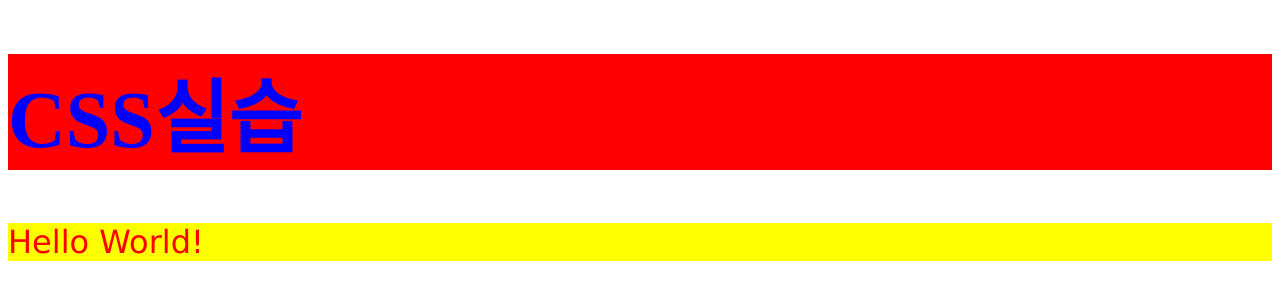
Repository: ashojm/WebWork
Page: Web/first.html
The author's editor kept a copy of each file at every save. The page is drawn from the files as they stood at one save, then again after the next save.
The browser window is 1280 px wide. The pictures show the whole page.

Above is the page before, as saved 2015-11-12 16:11:02.

After the next save:
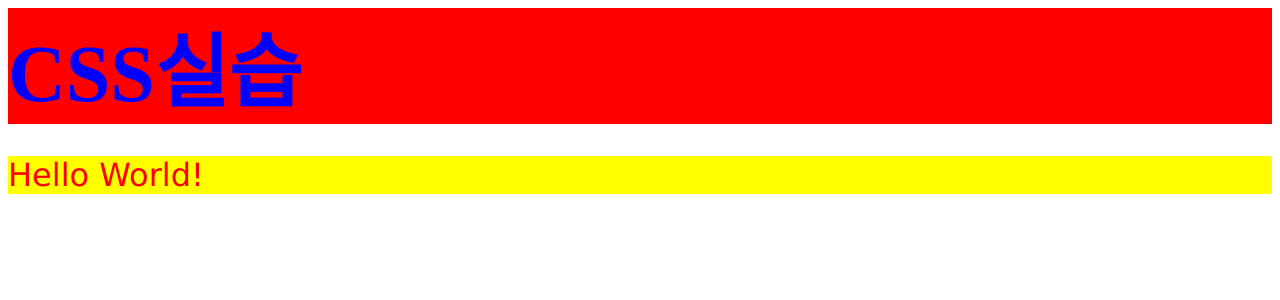
Saved 26 s later.
--- a/Web/css/base.css
+++ b/Web/css/base.css
@@ -1,2 +1,2 @@
-h1{color:#0000FF;font-family:serif;font-size:500%;background-color:red}
+h1{color:#0000FF;font-family:serif;font-size:500%;background-color:red;margin:0}
 p {color:red;font-size:200%;font-family:Verdana;background-color:yellow}

After the save that followed:
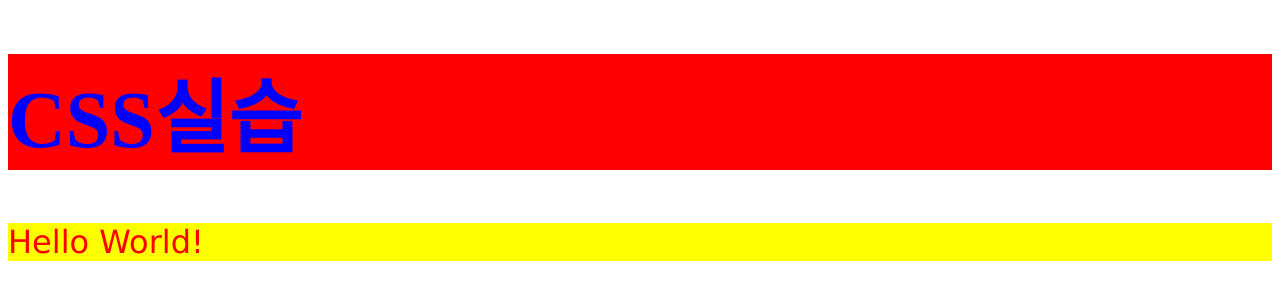
Saved 11 s later.
--- a/Web/css/base.css
+++ b/Web/css/base.css
@@ -1,2 +1,2 @@
-h1{color:#0000FF;font-family:serif;font-size:500%;background-color:red;margin:0}
-p {color:red;font-size:200%;font-family:Verdana;background-color:yellow}
+h1{color:#0000FF;font-family:serif;font-size:500%;background-color:red}
+p {color:red;font-size:200%;font-family:Verdana;background-color:yellow;margin:0}
